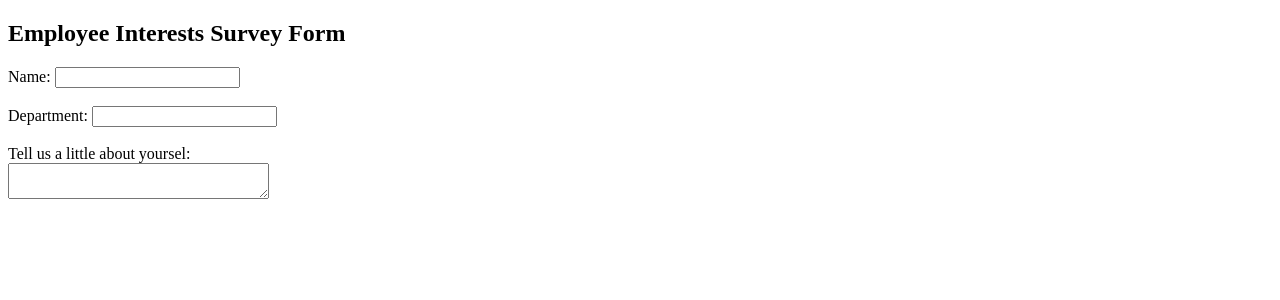
Repository: JoaoLemesDEV/Exercise-Survey-Form
Page: index.html
These files come from the project's save history. The page is drawn as it stood at one moment and after the next save; the edit follows.
The browser window is 1280 px wide. The pictures show the whole page.

Above is the page before, as saved 2021-10-10 18:22:21.

### index.html
<!DOCTYPE html>
<html lang="en">
<head>
  <meta charset="UTF-8">
  <meta http-equiv="X-UA-Compatible" content="IE=edge">
  <meta name="viewport" content="width=device-width, initial-scale=1.0">
  <title>Survey Form</title>
</head>
<body>
  <h2>Employee Interests Survey Form</h2>
  <label for="name">Name: </label>
  <input type="text" name="name" id=""><br><br>
  <label for="dep">Department:</label>
  <input type="text" name="dep" id=""><br><br>
  <label for="comment">Tell us a little about yoursel:</label><br>
  <textarea name="comment" id="comment" cols="30" rows="2"></textarea>


</body>
</html>

After the next save:
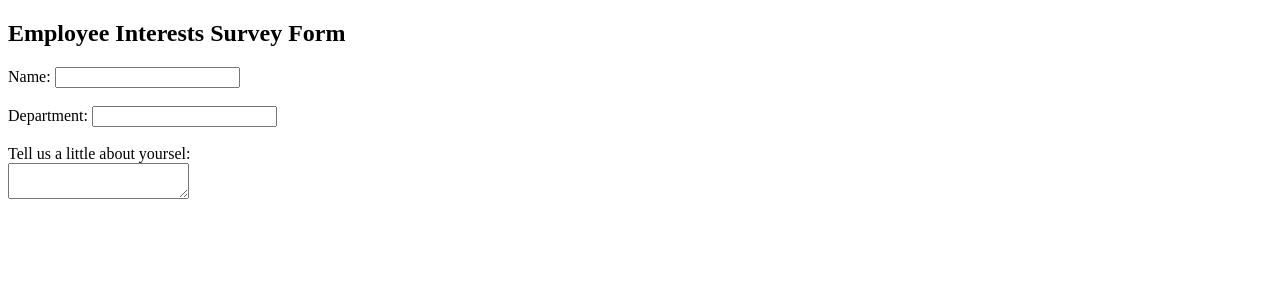
Saved 6 s later.
--- a/index.html
+++ b/index.html
@@ -13,7 +13,7 @@
   <label for="dep">Department:</label>
   <input type="text" name="dep" id=""><br><br>
   <label for="comment">Tell us a little about yoursel:</label><br>
-  <textarea name="comment" id="comment" cols="30" rows="2"></textarea>
+  <textarea name="comment" id="comment" cols="20" rows="2"></textarea>
 
 
 </body>
